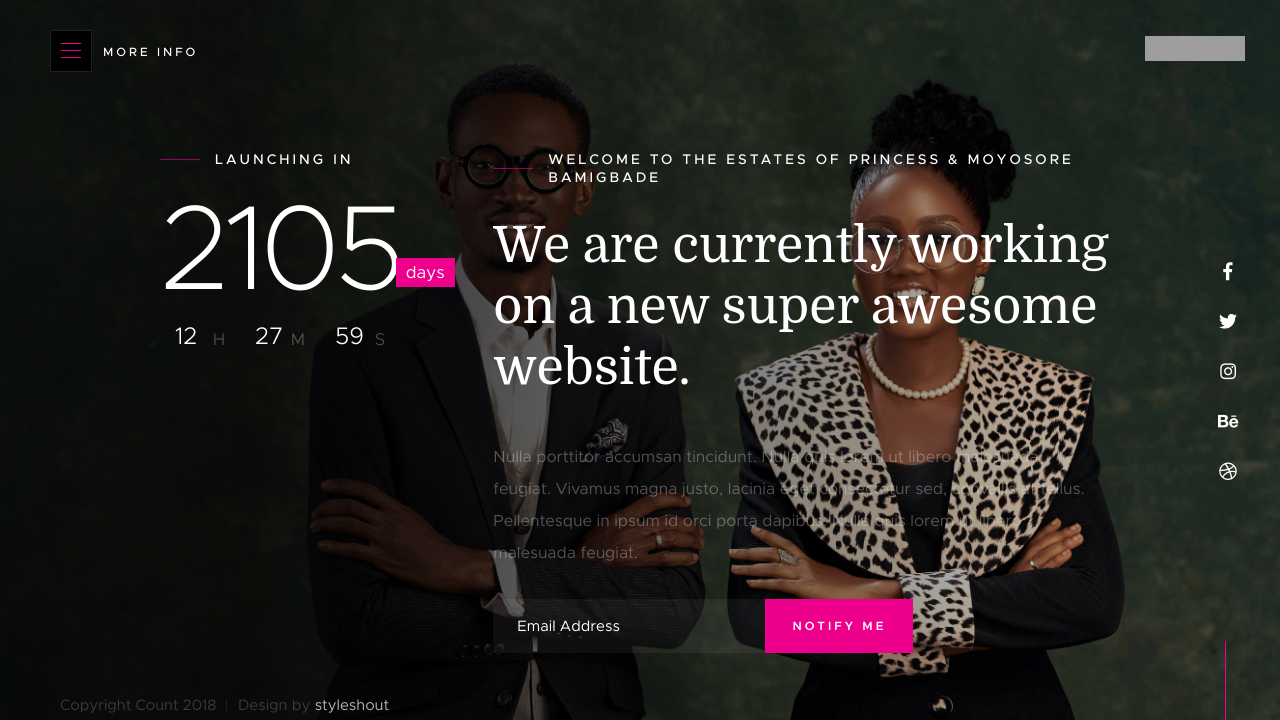
Repository: Ksoftcode/PMB
Page: index-static.html
An editor plug-in stored every save of this project. The page is shown before and after the next save, followed by the edit.
The browser window is 1280 px wide. The pictures show the whole page.
Pictures or frames that could not be fetched are drawn as grey boxes.

Above is the page before, as saved 2023-02-24 10:19:59.

### index-static.html
<!DOCTYPE html>
<html class="no-js" lang="en">
<head>

    <!--- basic page needs
    ================================================== -->
    <meta charset="utf-8">
    <title>Launch | PMB-Estates</title>
    <meta name="description" content="">
    <meta name="author" content="">

    <!-- mobile specific metas
    ================================================== -->
    <meta name="viewport" content="width=device-width, initial-scale=1">

    <!-- CSS
    ================================================== -->
    <link rel="stylesheet" href="css/base.css">
    <link rel="stylesheet" href="css/vendor.css">
    <link rel="stylesheet" href="css/main.css">

    <!-- script
    ================================================== -->
    <script src="js/modernizr.js"></script>
    <script src="js/pace.min.js"></script>

    <!-- favicons
    ================================================== -->
    <link rel="shortcut icon" href="favicon.ico" type="image/x-icon">
    <link rel="icon" href="favicon.ico" type="image/x-icon">

</head>

<body>

    <!-- home
    ================================================== -->
    <main class="s-home s-home--static">

        <div class="overlay"></div>

        <div class="home-content">

            <div class="home-logo">
                <a href="index-static.html">
                    <img src="images/logo.svg" alt="Homepage">
                </a>
            </div>

            <div class="row home-content__main">

                <div class="col-eight home-content__text pull-right">
                    <h3>Welcome to the Estates of Princess & Moyosore Bamigbade</h3>

                    <h1>
                    We are currently working <br>
                    on a new super awesome <br> website.
                    </h1>

                    <p>
                    Nulla porttitor accumsan tincidunt. Nulla quis lorem ut libero malesuada feugiat.
                    Vivamus magna justo, lacinia eget consectetur sed, convallis at tellus.
                    Pellentesque in ipsum id orci porta dapibus. Nulla quis lorem ut libero malesuada feugiat.
                    </p>

                    <div class="home-content__subscribe">
                        <form id="mc-form" class="group" novalidate="true">
                            <input type="email" value="" name="EMAIL" class="email" id="mc-email" placeholder="Email Address" required="">
                            <input type="submit" name="subscribe" value="Notify Me">
                            <label for="mc-email" class="subscribe-message"></label>
                        </form>
                    </div>
                </div>  <!-- end home-content__text -->

                <div class="col-four home-content__counter">
                    <h3>Launching In</h3>

                    <div class="home-content__clock">
                        <div class="top">
                            <div class="time days">
                                325
                                <span>Days</span>
                            </div>
                        </div>
                        <div class="time hours">
                            09
                            <span>H</span>
                        </div>
                        <div class="time minutes">
                            54
                            <span>M</span>
                        </div>
                        <div class="time seconds">
                            30
                            <span>S</span>
                        </div>
                    </div>  <!-- end home-content__clock -->
                </div>  <!-- end home-content__counter -->

            </div>  <!-- end home-content__main -->

            <ul class="home-social">
                <li>
                <a href="#0"><i class="fab fa-facebook-f" aria-hidden="true"></i><span>Facebook</span></a>
                </li>
                <li>
                <a href="#0"><i class="fab fa-twitter" aria-hidden="true"></i><span>Twiiter</span></a>
                </li>
                <li>
                <a href="#0"><i class="fab fa-instagram" aria-hidden="true"></i><span>Instagram</span></a>
                </li>
                <li>
                <a href="#0"><i class="fab fa-behance" aria-hidden="true"></i><span>Behance</span></a>
                </li>
                <li>
                <a href="#0"><i class="fab fa-dribbble" aria-hidden="true"></i><span>Dribbble</span></a>
                </li>
            </ul> <!-- end home-social -->

            <div class="row home-copyright">
                <span>Copyright Count 2018</span>
                <span>Design by <a href="https://www.styleshout.com/">styleshout</a></span>
            </div> <!-- end home-copyright -->

            <div class="home-content__line"></div>

        </div> <!-- end home-content -->

    </main> <!-- end s-home -->

    <!-- info
    ================================================== -->
    <a class="info-toggle" href="#0">
        <span class="info-menu-icon"></span>
    </a>

    <div class="s-info">

        <div class="row info-wrapper">

            <div class="col-seven tab-full info-main">
                <h1>We are Count. We make awesome stuff.</h1>
                <p>
                Quisque velit nisi, pretium ut lacinia in, elementum id enim. Mauris blandit aliquet elit,
                eget tincidunt nibh pulvinar a. Quisque velit nisi, pretium ut lacinia in, elementum id enim.
                Vestibulum ante ipsum primis in faucibus orci luctus et ultrices posuere cubilia Curae;
                Donec velit neque, auctor sit amet aliquam vel, ullamcorper sit amet ligula.
                </p>

                <p>
                Officiis nostrum adipisci minima. Enim tenetur animi ipsum a itaque temporibus necessitatibus.
                Dolores ad perspiciatis. Voluptatem et molestiae adipisci laboriosam assumenda. Deleniti vero
                labore eos repudiandae. Vel commodi tenetur ex quia. Quisque velit nisi, pretium ut lacinia in,
                elementum id enim. Vestibulum ante ipsum primis in faucibus orci luctus et ultrices posuere.
                </p>
            </div>

            <div class="col-four tab-full pull-right info-contact">

                <div class="info-block">
                    <h3>Start A Conversation</h3>
                    <p>
                        <a href="mailto:#0" class="info-email">mailus@ourwebsite.com</a><br>
                        <a href="tel:+18587338912" class="'info-phone">+1.858.733.8912</a>
                    </p>
                </div>

                <div class="info-block">
                    <h3>Visit Our Office</h3>

                    <p class="info-address">
                        1600 Amphitheatre Parkway<br>
                        Mountain View, CA<br>
                        94043 US
                    </p>
                </div>

                <div class="info-block">
                    <h3>Find Us On</h3>

                    <ul class="info-social">
                        <li>
                            <a href="#0"><i class="fab fa-facebook" aria-hidden="true"></i>
                            <span>Facebook</span></a>
                        </li>
                        <li>
                            <a href="#0"><i class="fab fa-twitter" aria-hidden="true"></i>
                            <span>Twiiter</span></a>
                        </li>
                        <li>
                            <a href="#0"><i class="fab fa-instagram" aria-hidden="true"></i>
                            <span>Instagram</span></a>
                        </li>
                        <li>
                            <a href="#0"><i class="fab fa-behance" aria-hidden="true"></i>
                            <span>Behance</span></a>
                        </li>
                        <li>
                            <a href="#0"><i class="fab fa-dribbble" aria-hidden="true"></i>
                            <span>Dribbble</span></a>
                        </li>
                    </ul>
                </div>

            </div>  <!-- end info contact -->

        </div>  <!-- end info wrapper -->

    </div> <!-- end s-info -->


    <!-- preloader
    ================================================== -->
    <div id="preloader">
        <div id="loader">
            <div class="line-scale-pulse-out">
                <div></div>
                <div></div>
                <div></div>
                <div></div>
                <div></div>
            </div>
        </div>
    </div>

    <!-- Java Script
    ================================================== -->
    <script src="js/jquery-3.2.1.min.js"></script>
    <script src="js/plugins.js"></script>
    <script src="js/main.js"></script>

</body>

</html>

### css/vendor.css
/* ===================================================================
 *
 *  Count v1.0 Vendor/Third Party CSS
 *  04-16-2018
 *  ------------------------------------------------------------------
 *
 *  TOC:
 *  # slick slider
 *
 * =================================================================== */


/* ===================================================================
 * # slick slider
 * http://kenwheeler.github.io/slick/
 * ------------------------------------------------------------------- */
.slick-slider {
  position: relative;
  display: block;
  box-sizing: border-box;
  -webkit-touch-callout: none;
  -webkit-user-select: none;
  -khtml-user-select: none;
  -moz-user-select: none;
  -ms-user-select: none;
  user-select: none;
  -ms-touch-action: pan-y;
  touch-action: pan-y;
  -webkit-tap-highlight-color: transparent;
}

.slick-list {
  position: relative;
  overflow: hidden;
  display: block;
  margin: 0;
  padding: 0;
}

.slick-list:focus {
  outline: none;
}

.slick-list.dragging {
  cursor: pointer;
  cursor: hand;
}

.slick-slider .slick-track,
.slick-slider .slick-list {
  -webkit-transform: translate3d(0, 0, 0);
  -moz-transform: translate3d(0, 0, 0);
  -ms-transform: translate3d(0, 0, 0);
  -o-transform: translate3d(0, 0, 0);
  transform: translate3d(0, 0, 0);
}

.slick-track {
  position: relative;
  left: 0;
  top: 0;
  display: block;
}

.slick-track:before,
.slick-track:after {
  content: "";
  display: table;
}

.slick-track:after {
  clear: both;
}

.slick-loading .slick-track {
  visibility: hidden;
}

.slick-slide {
  float: left;
  height: 100%;
  min-height: 1px;
  display: none;
}

[dir="rtl"] .slick-slide {
  float: right;
}

.slick-slide img {
  display: block;
}

.slick-slide.slick-loading img {
  display: none;
}

.slick-slide.dragging img {
  pointer-events: none;
}

.slick-initialized .slick-slide {
  display: block;
}

.slick-loading .slick-slide {
  visibility: hidden;
}

.slick-vertical .slick-slide {
  display: block;
  height: auto;
  border: 1px solid transparent;
}

.slick-arrow.slick-hidden {
  display: none;
}

/*# sourceMappingURL=vendor.css.map */

### css/fonts.css
/* ===================================================================
 * fonts.scss
 *
 * ------------------------------------------------------------------- */


/*
 * domine
================================================================================ */
@font-face {
  font-family: "domine-regular";
  src: url("../fonts/domine/domine-regular-webfont.woff2") format("woff2"), url("../fonts/domine/domine-regular-webfont.woff") format("woff");
  font-style: normal;
  font-weight: normal;
}

@font-face {
  font-family: "domine-bold";
  src: url("../fonts/domine/domine-bold-webfont.woff2") format("woff2"), url("../fonts/domine/domine-bold-webfont.woff") format("woff");
  font-style: normal;
  font-weight: normal;
}


/*
 * metropolis
================================================================================ */
@font-face {
  font-family: "metropolis-bold";
  src: url("../fonts/metropolis/metropolis-bold-webfont.woff2") format("woff2"), url("../fonts/metropolis/metropolis-bold-webfont.woff") format("woff");
  font-style: normal;
  font-weight: normal;
}

@font-face {
  font-family: "metropolis-semibold";
  src: url("../fonts/metropolis/metropolis-semibold-webfont.woff2") format("woff2"), url("../fonts/metropolis/metropolis-semibold-webfont.woff") format("woff");
  font-style: normal;
  font-weight: normal;
}

@font-face {
  font-family: "metropolis-medium";
  src: url("../fonts/metropolis/metropolis-medium-webfont.woff2") format("woff2"), url("../fonts/metropolis/metropolis-medium-webfont.woff") format("woff");
  font-style: normal;
  font-weight: normal;
}

@font-face {
  font-family: "metropolis-regular";
  src: url("../fonts/metropolis/metropolis-regular-webfont.woff2") format("woff2"), url("../fonts/metropolis/metropolis-regular-webfont.woff") format("woff");
  font-style: normal;
  font-weight: normal;
}

@font-face {
  font-family: "metropolis-light";
  src: url("../fonts/metropolis/metropolis-light-webfont.woff2") format("woff2"), url("../fonts/metropolis/metropolis-light-webfont.woff") format("woff");
  font-style: normal;
  font-weight: normal;
}

@font-face {
  font-family: "metropolis-extralight";
  src: url("../fonts/metropolis/metropolis-extralight-webfont.woff2") format("woff2"), url("../fonts/metropolis/metropolis-extralight-webfont.woff") format("woff");
  font-style: normal;
  font-weight: normal;
}

@font-face {
  font-family: "metropolis-italic";
  src: url("../fonts/metropolis/metropolis-regularitalic-webfont.woff2") format("woff2"), url("../fonts/metropolis/metropolis-regularitalic-webfont.woff") format("woff");
  font-style: normal;
  font-weight: normal;
}

/*# sourceMappingURL=fonts.css.map */

Loaded but not shown: js/modernizr.js (library); js/pace.min.js (library); js/jquery-3.2.1.min.js (library); js/plugins.js (library); css/font-awesome/css/fontawesome-all.css (library); js/main.js (160 lines, source omitted); css/main.css (2380 lines, source omitted); css/base.css (949 lines, source omitted)

After the next save:
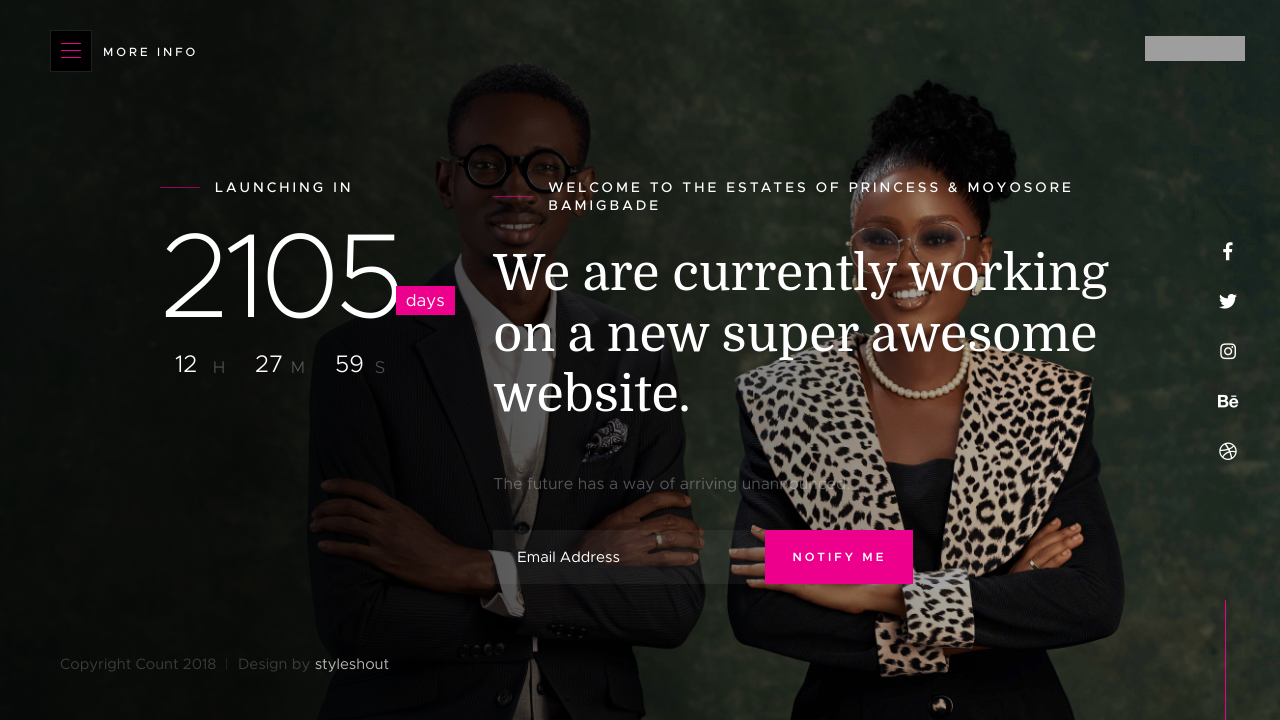
Saved 51 s later.
--- a/index-static.html
+++ b/index-static.html
@@ -58,9 +58,7 @@
                     </h1>
 
                     <p>
-                    Nulla porttitor accumsan tincidunt. Nulla quis lorem ut libero malesuada feugiat.
-                    Vivamus magna justo, lacinia eget consectetur sed, convallis at tellus.
-                    Pellentesque in ipsum id orci porta dapibus. Nulla quis lorem ut libero malesuada feugiat.
+                        The future has a way of arriving unannounced.
                     </p>
 
                     <div class="home-content__subscribe">
